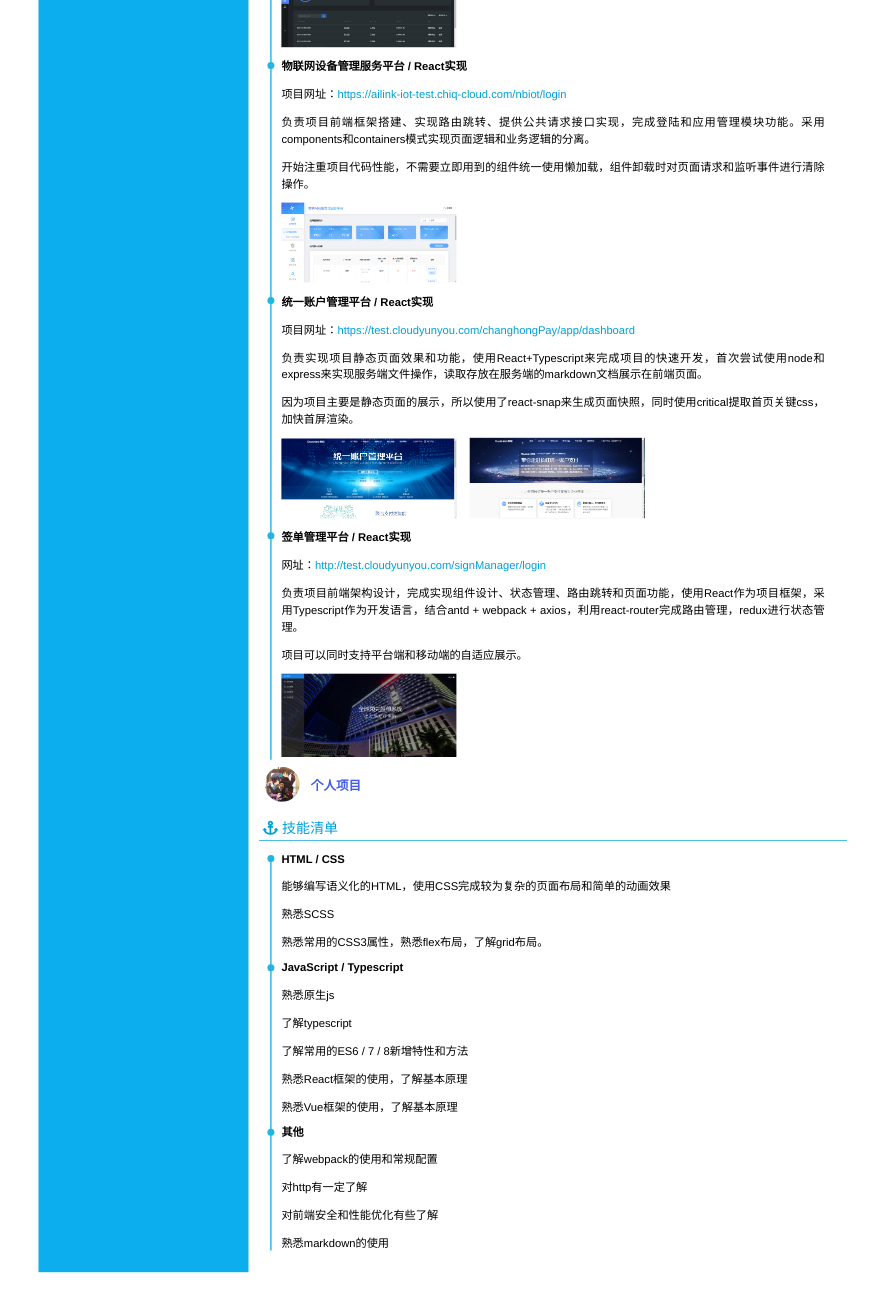
Repository: love962965494/my-resume
Page: index.html
The author's editor kept a copy of each file at every save. The page is drawn from the files as they stood at one save, then again after the next save.
The browser window is 1280 px wide. The pictures show the part of the page from y = 718 to 2638 px (the page is 2559 px tall before and 2638 px after), at 70% of full size.
Some web libraries are served in a nearby version. The style sheet was rebuilt from its Sass, Less or Tailwind sources for each picture, by a compiler version that may differ from the author's.

Above is the page before, as saved 2019-03-27 15:00:11.

### index.html
<!DOCTYPE html>
<html lang="en">

<head>
  <meta charset="UTF-8">
  <meta name="viewport" content="width=device-width, initial-scale=1.0">
  <meta http-equiv="X-UA-Compatible" content="ie=edge">
  <title>沈超的简历</title>
  <link rel="stylesheet" href="https://use.fontawesome.com/releases/v5.0.10/css/all.css"
    integrity="sha384-+d0P83n9kaQMCwj8F4RJB66tzIwOKmrdb46+porD/OvrJ+37WqIM7UoBtwHO6Nlg" crossorigin="anonymous">
  <link rel="stylesheet" href="./styles/myResume.css">
</head>

<body>
  <div id="container" class="container">
    <!-- 左边栏 -->
    <aside class="content__left">
      <!-- 头像区域 -->
      <div class="content__left--title">
        <h1>沈超的简历</h1>
      </div>

      <!-- 联系方式区域 -->
      <div class="content__left--contact">
        <div class="title">
          <i class="fas fa-pencil-alt"></i>
          <span>联系方式</span>
        </div>
        <ul class="list">
          <li>
            <span>
              <i class="fas fa-mobile-alt"></i>
            </span>
            <span>电话:</span>
            <span>15136168278</span>
          </li>
          <li>
            <span>
              <i class="fab fa-weixin"></i>
            </span>
            <span>微信:</span>
            <span>a15136168278</span>
          </li>
          <li>
            <span>
              <i class="far fa-envelope"></i>
            </span>
            <span>邮箱:</span>
            <span>962965494@qq.com</span>
          </li>
          <li>
            <span>
              <i class="fab fa-qq"></i>
            </span>
            <span>QQ:</span>
            <span>962965494</span>
          </li>
        </ul>
      </div>

      <!-- 应聘职位区域 -->
      <div class="content__left--application">
        <span class="title">
          <i class="fas fa-pencil-alt"></i>
          <span>应聘职位</span>
        </span>
        <p class="job">Web前端开发工程师</p>
      </div>

      <!-- 个人评价区域 -->
      <div class="content__left--evaluation">
        <span class="title">
          <i class="fas fa-pencil-alt"></i>
          <span>自我评价</span>
        </span>
        <p class="evaluate">英语能力较好，对新知识和新技术抱有浓厚兴趣，积极尝试各种新技术，学习能力较好，基础知识较扎实。</p>
      </div>
    </aside>

    <!-- 右边栏 -->
    <div class="content__right">
      <!-- 基本信息 -->
      <div class="content__right--basic">
        <div class="header">
          <i class="fas fa-anchor"></i>
          <span>基本信息</span>
        </div>
        <ul class="list">
          <li>
            <span>个人信息:</span>
            <span>沈超 / 男</span>
          </li>
          <li>
            <span>出生日期:</span>
            <span>1994年05月</span>
          </li>
          <li>
            <span>毕业院校:</span>
            <span>华中科技大学 / 软件工程</span>
          </li>
          <li>
            <span>大学学历:</span>
            <span>本科</span>
          </li>
          <li>
            <span>工作年限:</span>
            <span>两年半</span>
          </li>
          <li>
            <span>github:</span>
            <span><a href="https://github.com/love962965494" target="_blank">https://github.com/love962965494</a></span>
          </li>
        </ul>
      </div>

      <!-- 项目经验 -->
      <div class="content__right--experience">
        <div class="header">
          <i class="fas fa-anchor"></i>
          <span>项目与工作经验</span>
        </div>
        <ul class="list">
          <li>
            <div class="work-type company">
              <img src="./image/changhong.jpg" alt="长虹Logo">
              <span>四川长虹电器股份有限公司（2016.08 - 至今）</span>
            </div>
            <ul class="work-experience-list">
              <li class="work__item">
                <div class="work__item--name">环卫大数据监控平台 / React实现</div>
                <div class="work__item--info">
                  <p>项目网址：<a target="_blank"
                      href="https://ailink-iot-test.chiq-cloud.com/sanitation/login/">https://ailink-iot-test.chiq-cloud.com/sanitation/login/</a>
                  </p>
                  <p>首次承担起前端项目负责人职责，负责项目前端框架搭建、公共接口实现、页面自适应实现和项目难点攻克，同时把控项目进度，推进项目实现。</p>
                  <p>在项目中通过使用 <strong>font-size: calc(100vw / 14 * 1366);</strong>
                    这个表达式计算rem，发现相较于传统移动端计算rem的方式更加简便，同时在进行页面缩放时具有更强大的适应性。
                  </p>
                  <p>缺陷：虽然在项目前期我就确定了要进行代码审核工作，但是由于项目紧急、自身经验不足，导致没有在项目编码时统一好编码规范，从而发现大家提交的代码风格各异且排版错乱，代码审核工作基本开展不下去。</p>
                </div>
                <div class="work__item--picture">
                  <img src="./image/sanitation.png" alt="环卫大数据监控平台实现效果图">
                </div>
              </li>
              <li class="work__item">
                <div class="work__item--name">物联网设备管理服务平台 / React实现</div>
                <div class="work__item--info">
                  <p>项目网址：<a target="_blank"
                      href="https://ailink-iot-test.chiq-cloud.com/nbiot/login">https://ailink-iot-test.chiq-cloud.com/nbiot/login</a>
                  </p>
                  <p>负责项目前端框架搭建、实现路由跳转、提供公共请求接口实现，完成登陆和应用管理模块功能。采用components和containers模式实现页面逻辑和业务逻辑的分离。</p>
                  <p>开始注重项目代码性能，不需要立即用到的组件统一使用懒加载，组件卸载时对页面请求和监听事件进行清除操作。</p>
                </div>
                <div class="work__item--picture">
                  <img src="./image/manage.png" alt="物联网设备管理服务平台实现效果图">
                </div>
              </li>
              <li class="work__item">
                <div class="work__item--name">统一账户管理平台 / React实现</div>
                <div class="work__item--info">
                  <p>项目网址：<a target="_blank"
                      href="https://test.cloudyunyou.com/changhongPay/app/dashboard">https://test.cloudyunyou.com/changhongPay/app/dashboard</a>
                  </p>
                  <p>
                    负责实现项目静态页面效果和功能，使用React+Typescript来完成项目的快速开发，首次尝试使用node和express来实现服务端文件操作，读取存放在服务端的markdown文档展示在前端页面。
                  </p>
                  <p>因为项目主要是静态页面的展示，所以使用了react-snap来生成页面快照，同时使用critical提取首页关键css，加快首屏渲染。</p>
                </div>
                <div class="work__item--picture">
                  <img src="./image//changhongPay1.png" alt="统一账户管理平台实现效果图">
                  <img src="./image//changhongPay2.png" alt="统一账户管理平台实现效果图">
                </div>
              </li>
              <li class="work__item">
                <div class="work__item--name">签单管理平台 / React实现</div>
                <div class="work__item--info">
                  <p>网址：<a target="_blank"
                      href="http://test.cloudyunyou.com/signManager/login">http://test.cloudyunyou.com/signManager/login</a>
                  </p>
                  <p>负责项目前端架构设计，完成实现组件设计、状态管理、路由跳转和页面功能，使用React作为项目框架，采用Typescript作为开发语言，结合antd
                    + webpack + axios，利用react-router完成路由管理，redux进行状态管理。</p>
                  <p>项目可以同时支持平台端和移动端的自适应展示。</p>
                </div>
                <div class="work__item--picture">
                  <img src="./image/signer.png" alt="签单管理平台实现效果图">
                </div>
              </li>
            </ul>
          </li>
          <li>
            <div class="work-type self">
              <img src="./image/userIcon.jpg" alt="用户头像">
              <span>个人项目</span>
            </div>
          </li>
        </ul>
      </div>

      <!-- 技能清单 -->
      <div class="content__right--skill">
        <div class="header">
          <i class="fas fa-anchor"></i>
          <span>技能清单</span>
        </div>
        <ul class="list">
          <li class="list__item">
            <div class="list__item--name">HTML / CSS</div>
            <div class="list__item--info">
              <p>能够编写语义化的HTML，使用CSS完成较为复杂的页面布局和简单的动画效果</p>
              <p>熟悉SCSS</p>
              <p>熟悉常用的CSS3属性，熟悉flex布局，了解grid布局。</p>
            </div>
          </li>
          <li class="list__item">
            <div class="list__item--name">JavaScript / Typescript</div>
            <div class="list__item--info">
              <p>熟悉原生js</p>
              <p>了解typescript</p>
              <p>了解常用的ES6 / 7 / 8新增特性和方法</p>
              <p>熟悉React框架的使用，了解基本原理</p>
              <p>熟悉Vue框架的使用，了解基本原理</p>
            </div>
          </li>
          <li class="list__item">
            <div class="list__item--name">其他</div>
            <div class="list__item--info">
              <p>了解webpack的使用和常规配置</p>
              <p>对http有一定了解</p>
              <p>对前端安全和性能优化有些了解</p>
              <p>熟悉markdown的使用</p>
            </div>
          </li>
        </ul>
      </div>
    </div>
  </div>
</body>

</html>

### styles/myResume.scss
@mixin text-center {
  text-align: center;
}

@mixin row {
  grid-column: 1 / span 12;
}

@media (min-width: 992px) {
  .container {
    width: 970px;
  }
}

@media (min-width: 1200px) {
  .container {
    width: 1170px;
  }
}

html {
  font-size: 16px;
}

a,
a:hover,
a:visited {
  color: #00A1D6;
  text-decoration: none;
}

ul {
  list-style: none;
}

.container {
  display: grid;
  grid-template-columns: minmax(200px, 300px) 1fr;
  padding: 15px;
  margin: auto;
  font-family: "Helvetica Neue", Helvetica, "PingFang SC", "Hiragino Sans GB", "Microsoft YaHei", "微软雅黑", Arial, sans-serif;
}

/* ----------------------------- 左边栏 ----------------------------- */

.content__left {
  display: grid;
  grid-template-columns: repeat(12, 1fr);
  grid-template-rows: repeat(4, min-content);
  background-color: #0daeee;
  color: #fff;
  &--title {
    @include row;
    @include text-center;
    margin: 15px 0 20px;
    &>h1 {
      margin: 0;
      white-space: nowrap;
      letter-spacing: 1rem;
    }
  }
  @mixin title {
    padding-left: 1.5rem;
  }
  &--contact {
    @include row();
    &>.title {
      @include title;
    }
    &>.list {
      &>li {
        display: grid;
        grid-template-columns: 1.5rem 3rem 1fr;
        align-items: baseline;
        margin: 5px;
        &>span:nth-of-type(1) {
          text-align: center;
        }
        &>span:nth-of-type(2) {
          text-align: right;
          padding-right: .5rem;
        }
      }
    }
  }
  &--application {
    @include row();
    &>.title {
      @include title;
    }
    &>.job {
      padding-left: 40px;
    }
  }
  &--evaluation {
    @include row();
    &>.title {
      @include title;
    }
    &>.evaluate {
      padding-left: 40px;
      padding-right: 1rem;
    }
  }
}

/* ----------------------------- 右边栏 ----------------------------- */

.content__right {
  padding: 15px;
  @mixin header {
    padding: 5px;
    border-bottom: 1px solid currentColor;
    color: #00A1D6;
    font-size: 20px;
  }
  &--basic {
    &>.header {
      @include header;
    }
    &>.list {
      padding: 0;
      &>li {
        margin: 10px 2rem;
        display: grid;
        grid-template-columns: 5rem 1fr;
        grid-column-gap: 10px;
        &>span:nth-of-type(1) {
          font-weight: 600;
          text-align: right;
          white-space: nowrap;
        }
      }
    }
  }
  &--experience {
    &>.header {
      @include header;
    }
    &>.list {
      padding: 0;
      &>li {
        margin: 10px 2rem;
        &>.work-type {
          display: flex;
          margin-bottom: 15px;
          align-items: center;
          img {
            width: 80px;
            margin-right: 1rem;
            margin-left: -1.5rem;
          }
          span {
            color: #425cf0;
            font-weight: 600;
            font-size: 18px;
            white-space: nowrap;
          }
        }
        &>.work-experience-list {
          padding: 0;
          position: relative;
          &::before {
            content: '';
            position: absolute;
            height: calc(100% - 10px);
            margin-left: -1rem;
            margin-top: 10px;
            border-left: 2px solid #1fb5e6;
          }
          .work__item {
            margin: 10px 0;
            &--name {
              font-weight: 600;
              &::before {
                content: '';
                position: absolute;
                width: 10px;
                height: 10px;
                margin-left: calc(-4px - 1rem);
                margin-top: .4rem;
                border-radius: 50%;
                background: #1fb5e6;
              }
            }
            &--info {
              &>p {
                text-align: justify;
              }
            }
            &--picture {
              img {
                width: 250px;
                margin-right: 15px;
              }
            }
          }
        }
        &>.self {
          img {
            border-radius: 50%;
            width: 50px;
            height: 50px;
          }
        }
      }
    }
  }
  &--skill {
    &>.header {
      @include header;
    }

    & > .list {
      padding: 0 2rem;
      position: relative;
      &::before {
        content: '';
        position: absolute;
        height: calc(100% - 5px);
        margin-left: -1rem;
        margin-top: 5px;
        border-left: 2px solid #1fb5e6;
      }

      .list__item {
        margin: 10px 0;
        &--name {
          font-weight: 600;
          line-height: 1.2rem;
          &::before {
            content: '';
            position: absolute;
            width: 10px;
            height: 10px;
            margin-left: calc(-4px - 1rem);
            margin-top: .3rem;
            border-radius: 50%;
            background: #1fb5e6;
          }
        }
      }
    }
  }
}

After the next save:
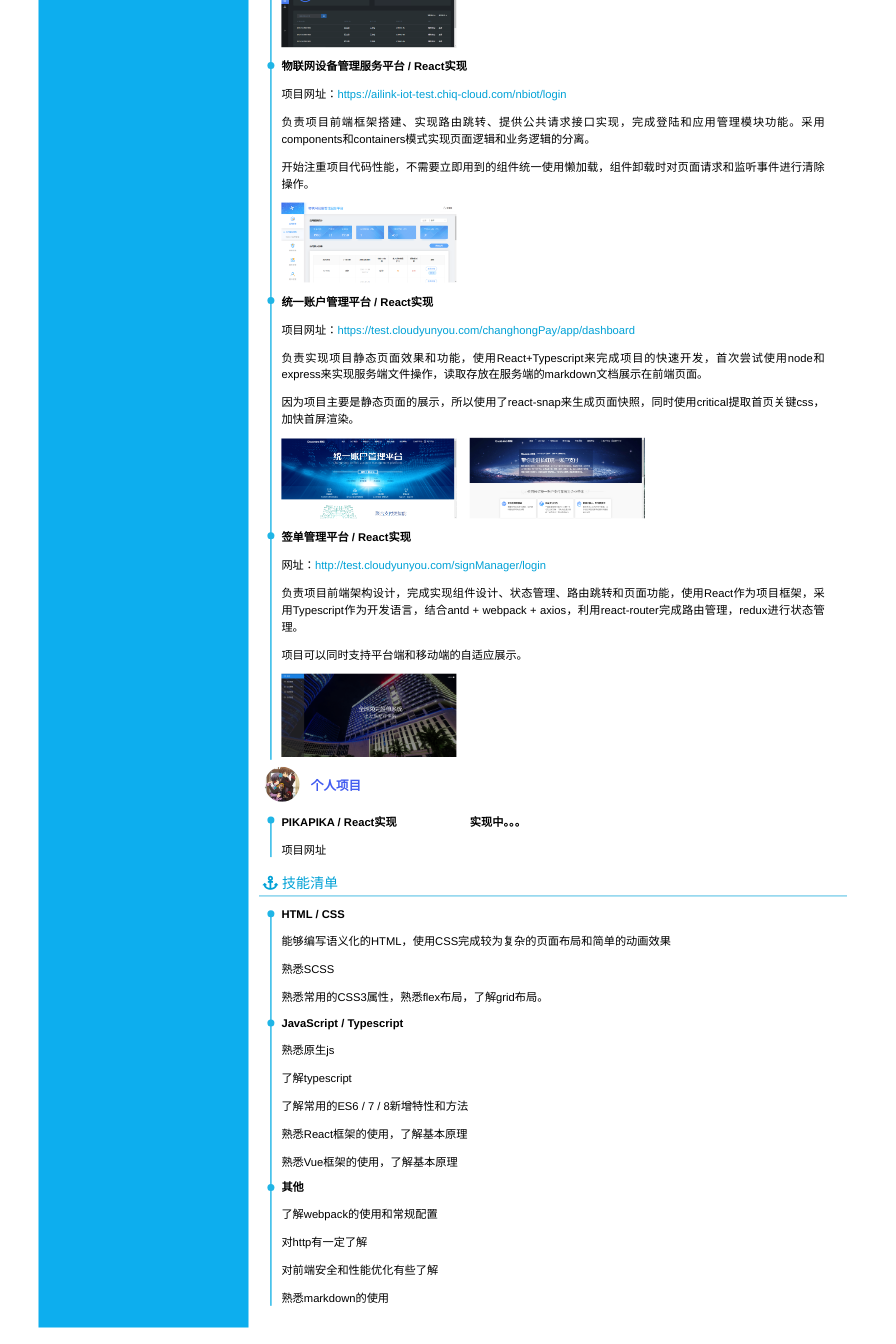
Saved 2 min 43 s later.
--- a/index.html
+++ b/index.html
@@ -192,6 +192,14 @@
               <img src="./image/userIcon.jpg" alt="用户头像">
               <span>个人项目</span>
             </div>
+            <ul class="work-experience-list">
+              <li class="work__item">
+                <div class="work__item--name">PIKAPIKA / React实现 <span style="margin-left: 100px">实现中。。。</span></div>
+                <div class="work__item--info">
+                  <p>项目网址</p>
+                </div>
+              </li>
+            </ul>
           </li>
         </ul>
       </div>
